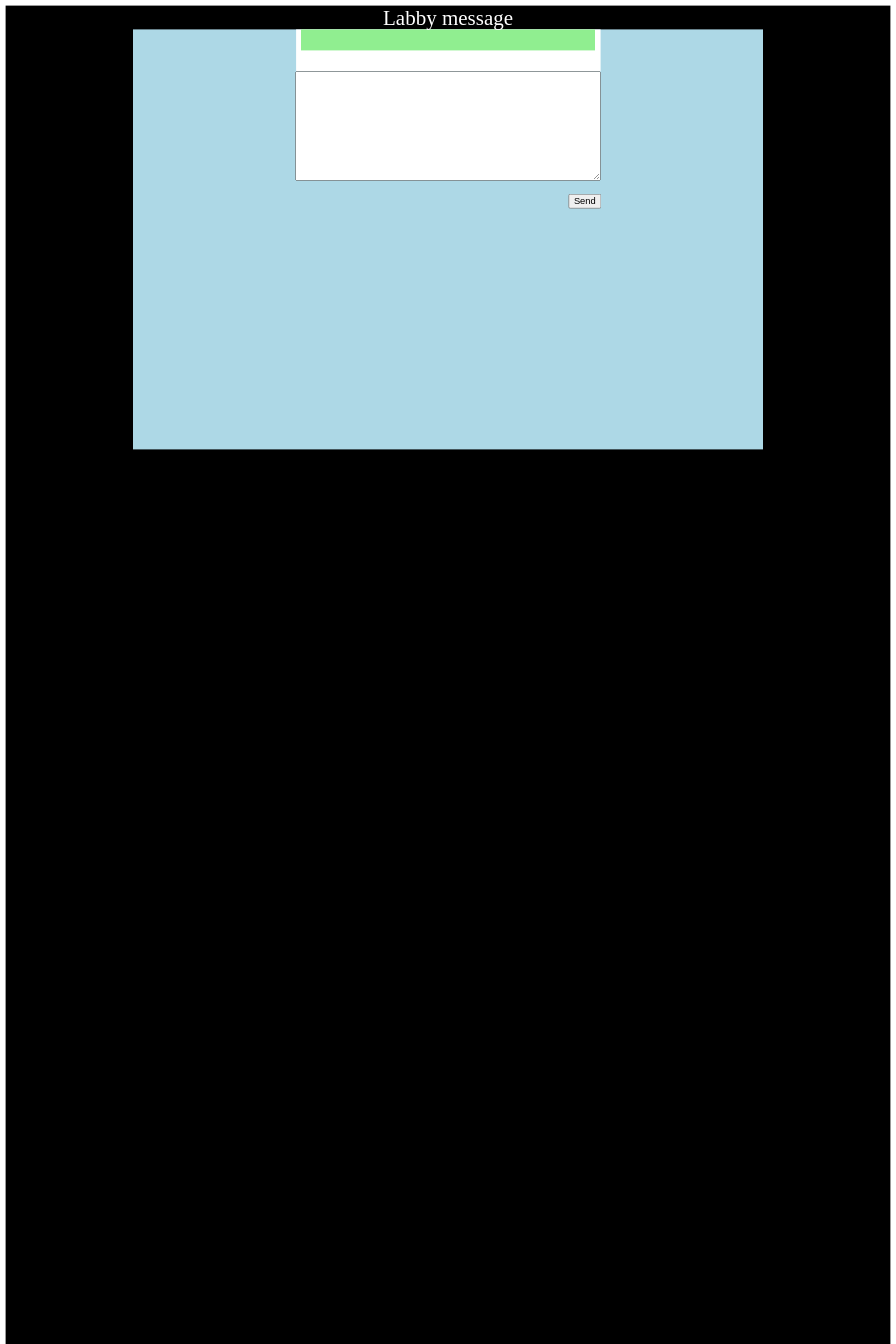
Repository: al223jw/1dv403-laborationer
Page: 2-labbymezzage/index.html
The author's editor kept a record of every edit. The page is drawn from the files as they stood at one moment, then again after the next edit.
The browser window is 1280 px wide. The pictures show the part of the page from y = 0 to 1920 px (the page is 9066 px tall), at 70% of full size.

Above is the page before.
Console error: SyntaxError: Unexpected token ')'

After the next edit:
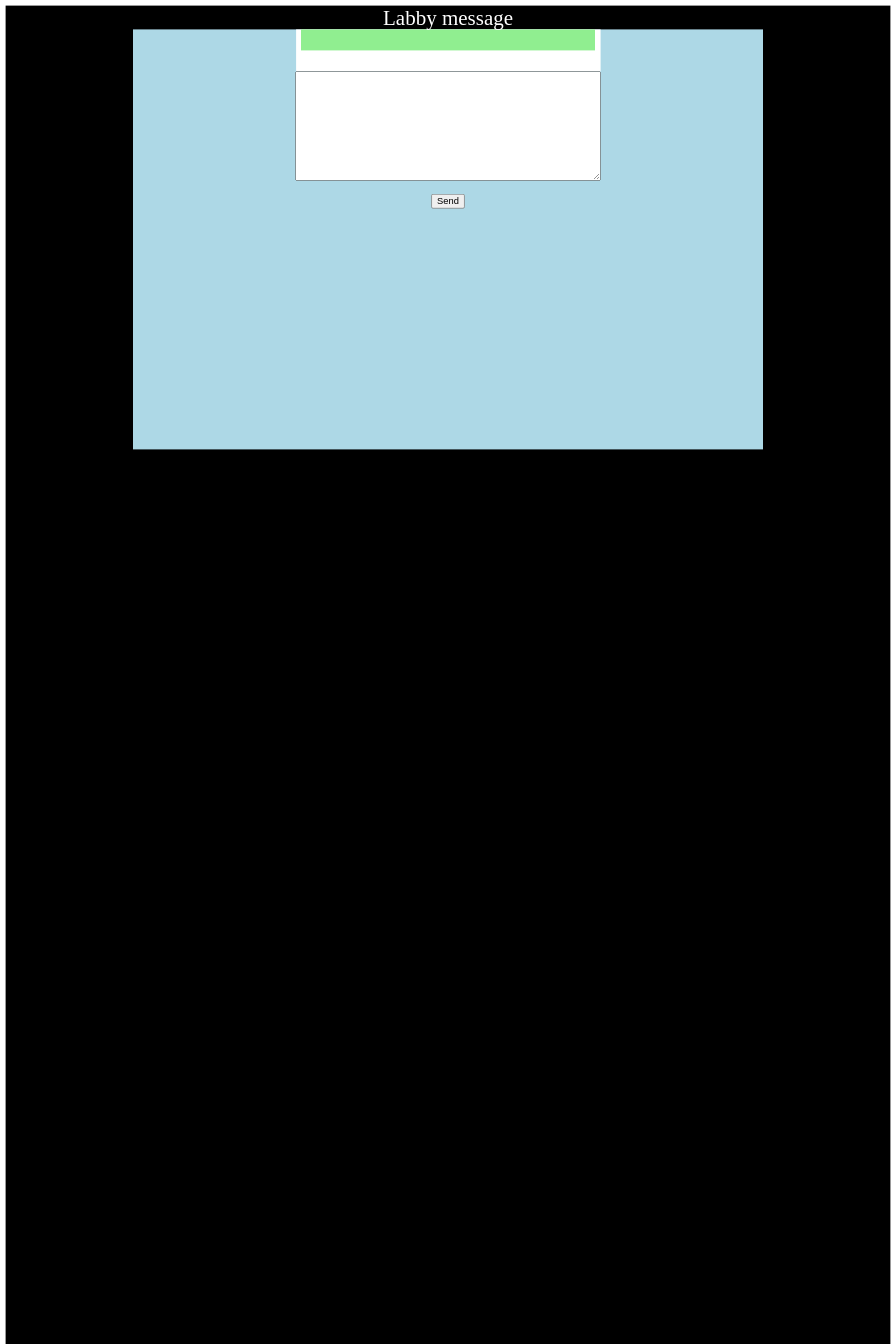
The edit:
--- a/2-labbymezzage/style.css
+++ b/2-labbymezzage/style.css
@@ -20,7 +20,7 @@
     text-align:right;
     font-size:11px;
 }
-#main submit
+#submit
 {
     float:right;
     margin-right:231px;
